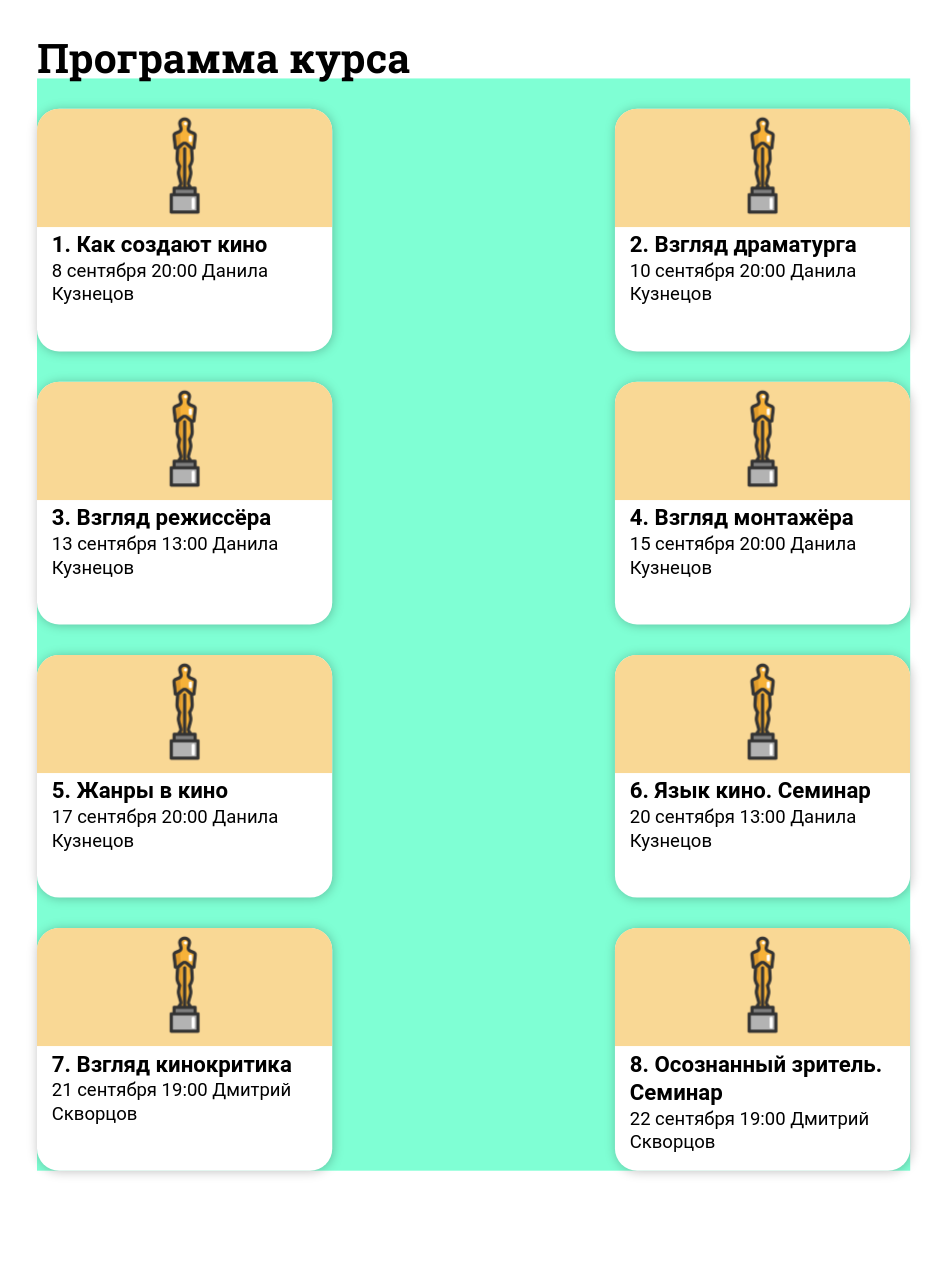
Repository: MehdiKerimov/Figma-task-18
Page: pages/homePage/index.html
These files come from the project's save history. The page is drawn as it stood at one moment and after a run of saves; the edit follows.
The browser window is 1280 px wide. The pictures show the whole page, at 74% of full size.
The style sheet was rebuilt from its Sass, Less or Tailwind sources for each picture, by a compiler version that may differ from the author's.

Above is the page before, as saved 2023-11-28 10:29:22.

After the next 2 saves:
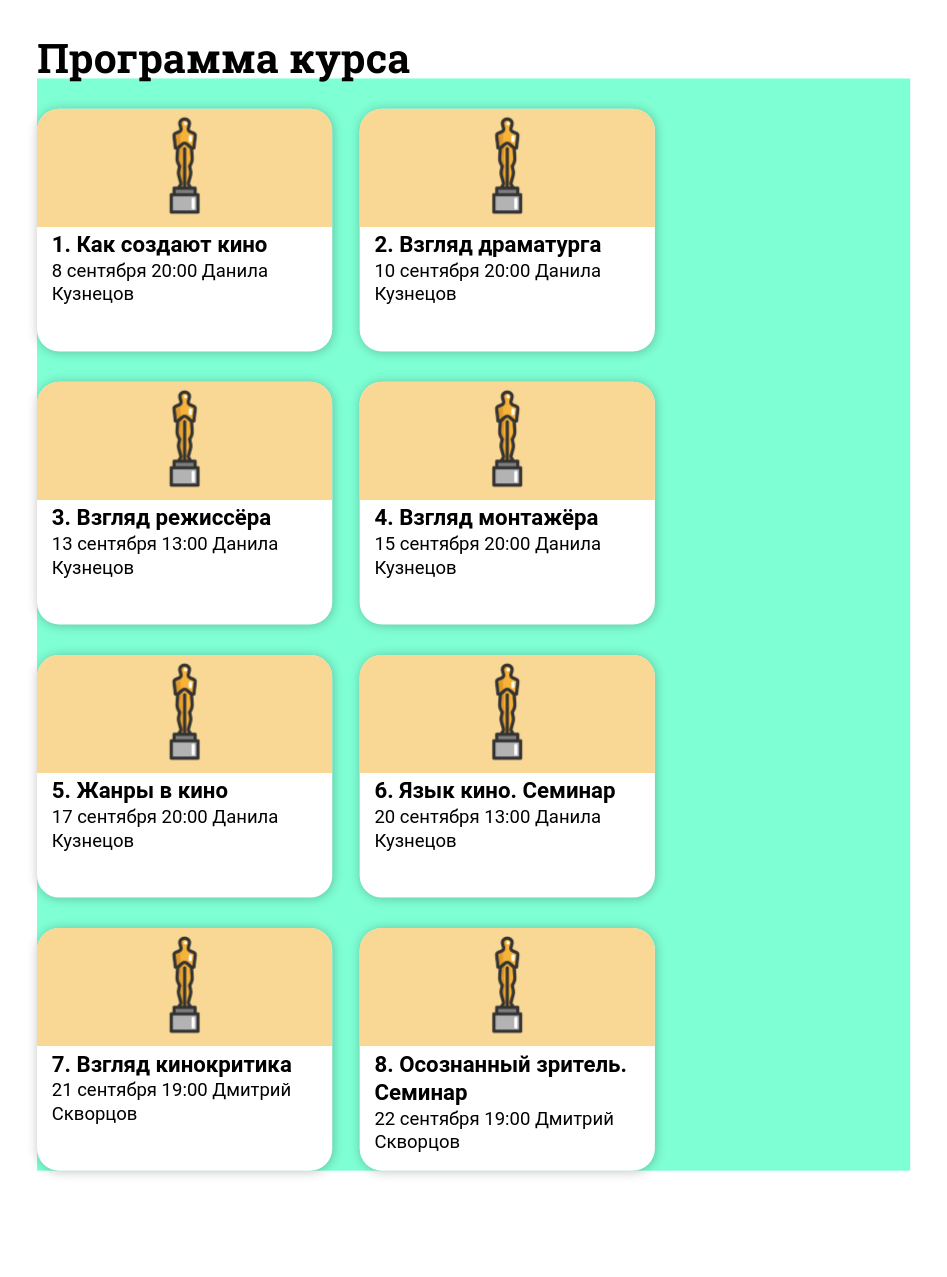
The 2 saves are shown as one change because they came seconds apart.
The last was saved 13 s later.
--- a/pages/homePage/index.scss
+++ b/pages/homePage/index.scss
@@ -16,7 +16,7 @@
 
     ul {
         display: flex;
-        justify-content: space-between;
+        /* justify-content: space-between; */
         flex-wrap: wrap;
         background-color: aquamarine;
 
@@ -24,7 +24,7 @@
 
             margin-top: 41px;
             list-style-type: none;
-            /* margin-right: 37px; */
+            margin-right: 37px;
             width: 399px;
             height: 328px;
             border-radius: 30px;
